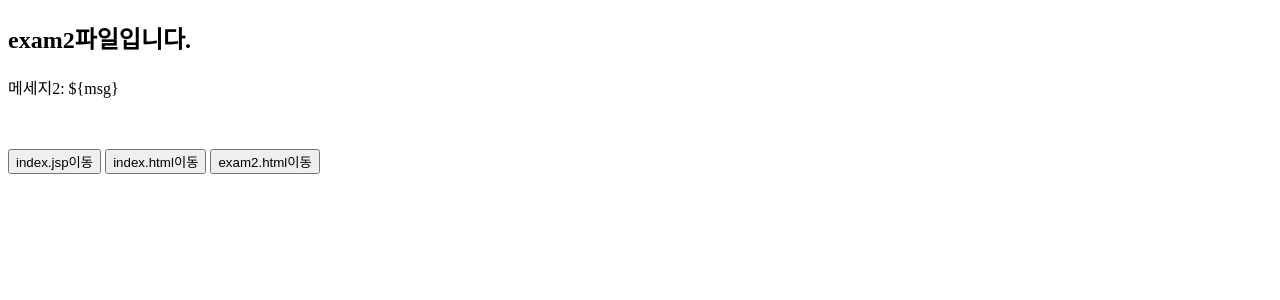
Repository: asfsdw/springBoot
Page: demo1/src/main/resources/static/exam/exam2.html
The author's editor kept a copy of each file at every save. The page is drawn from the files as they stood at one save, then again after the next save.
The browser window is 1280 px wide. The pictures show the whole page.

Above is the page before, as saved 2025-10-29 08:39:06.

After the next save:
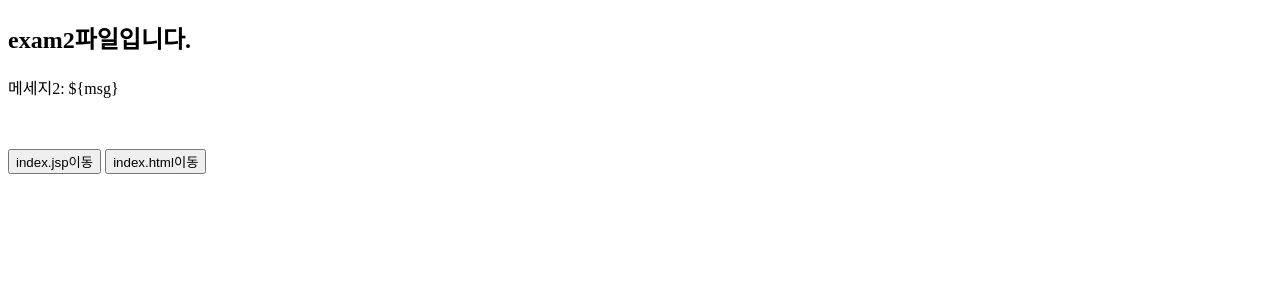
Saved 5 s later.
--- a/demo1/src/main/resources/static/exam/exam2.html
+++ b/demo1/src/main/resources/static/exam/exam2.html
@@ -10,6 +10,5 @@
 	<p><br/></p>
 	<input type="button" value="index.jsp이동" onclick="location.href='/'" />
 	<input type="button" value="index.html이동" onclick="location.href='../index.html'" />
-	<input type="button" value="exam2.html이동" onclick="location.href='exam2.html'" />
 </body>
 </html>

After the save that followed:
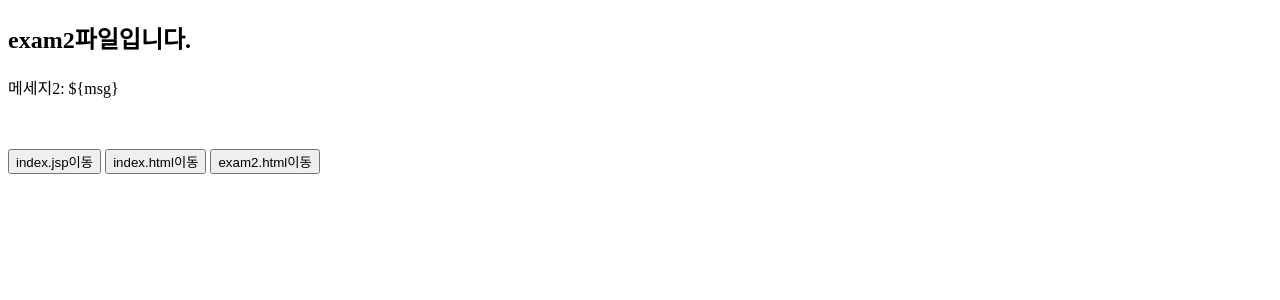
Saved 1 s later.
--- a/demo1/src/main/resources/static/exam/exam2.html
+++ b/demo1/src/main/resources/static/exam/exam2.html
@@ -10,5 +10,6 @@
 	<p><br/></p>
 	<input type="button" value="index.jsp이동" onclick="location.href='/'" />
 	<input type="button" value="index.html이동" onclick="location.href='../index.html'" />
+	<input type="button" value="exam2.html이동" onclick="location.href='exam2.html'" />
 </body>
 </html>
